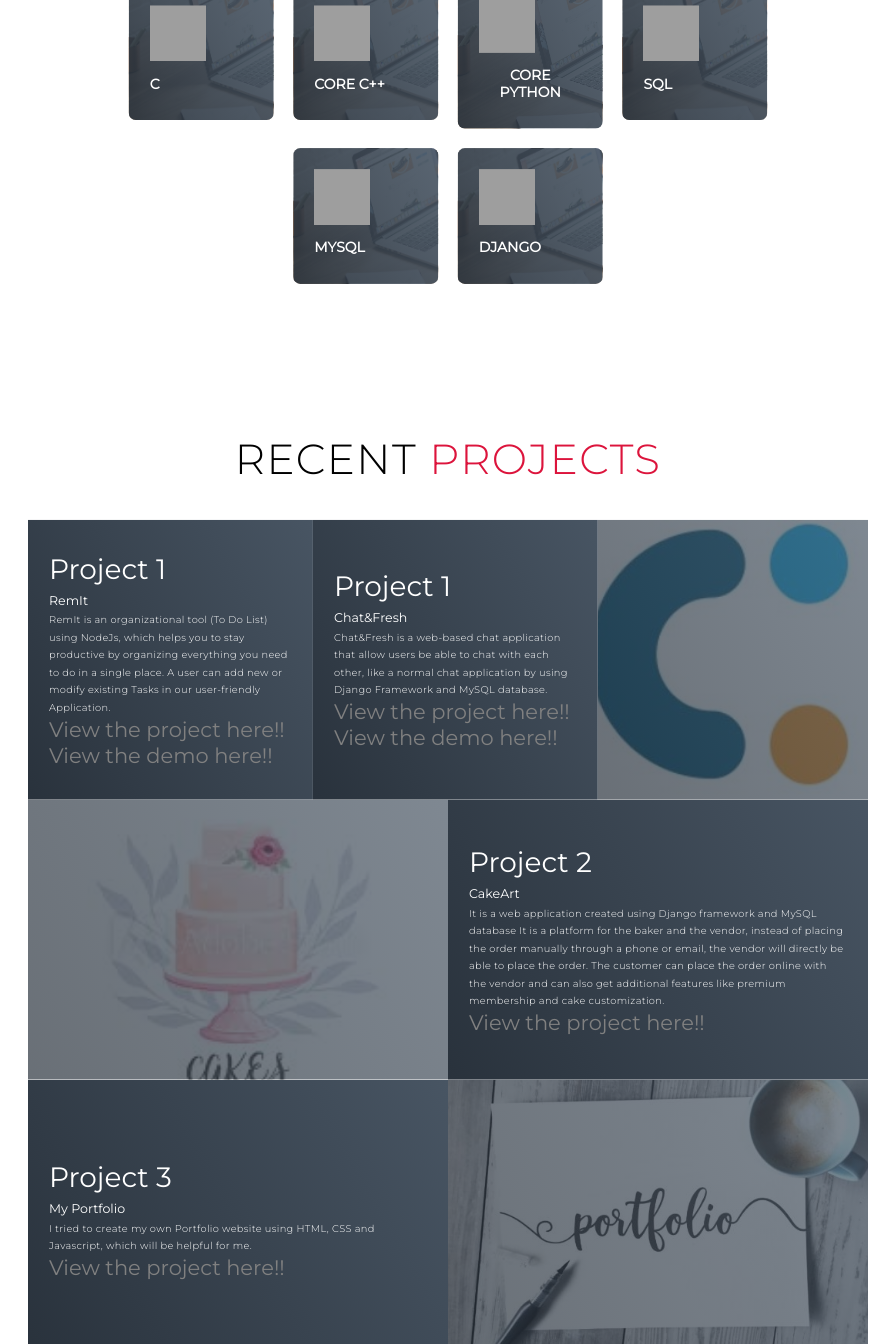
Repository: sanjana-poptani/sanjana-poptani.github.io
Page: index.html
An editor plug-in stored every save of this project. The page is shown before and after the next save, followed by the edit.
The browser window is 1280 px wide. The pictures show the part of the page from y = 1002 to 2922 px (the page is 4684 px tall), at 70% of full size.
Pictures or frames that could not be fetched are drawn as grey boxes.

Above is the page before, as saved 2021-12-28 00:32:52.

After the next save:
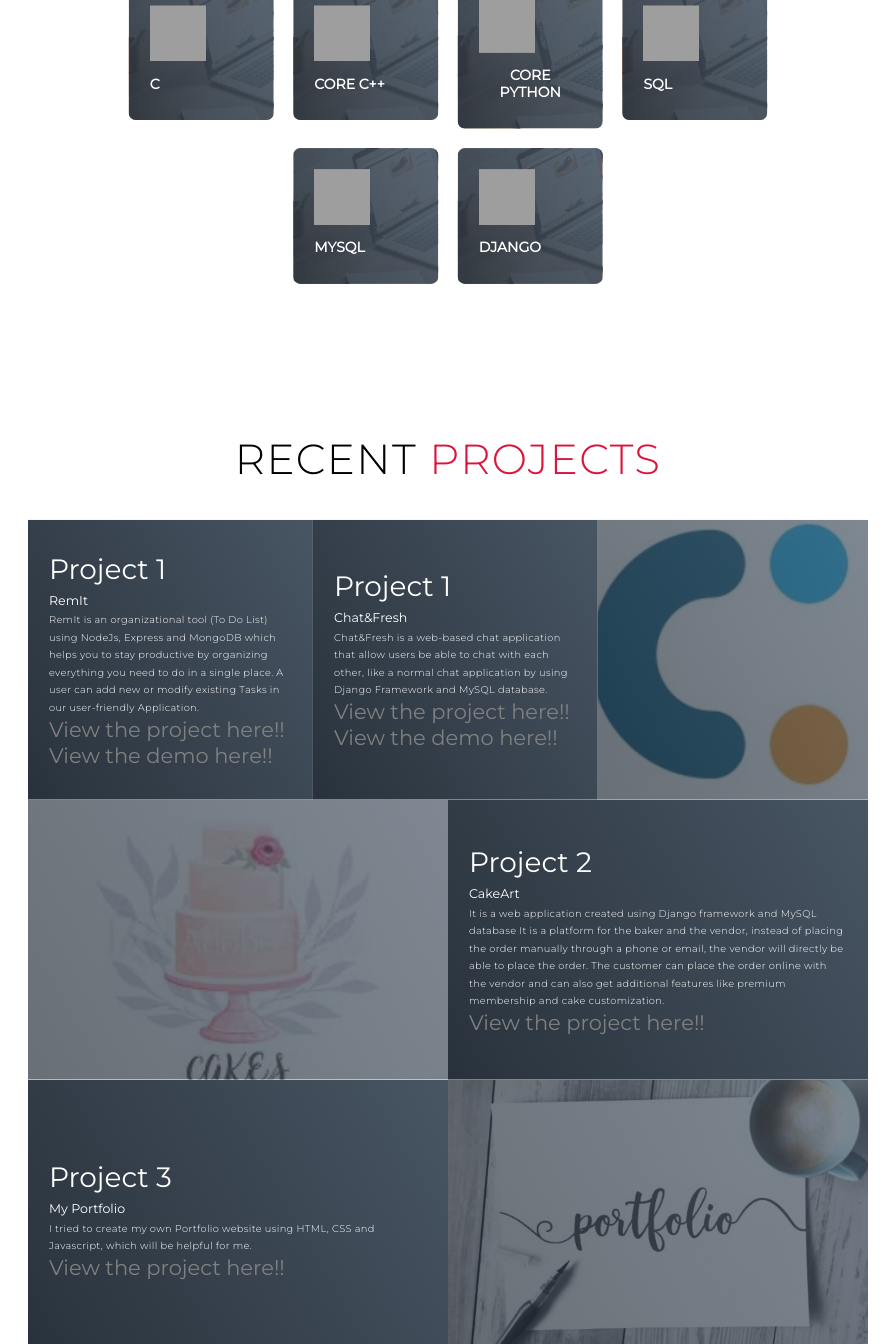
Saved 5 s later.
--- a/index.html
+++ b/index.html
@@ -95,7 +95,7 @@
           <div class="project-info">
             <h1>Project 1</h1>
             <h2>RemIt</h2>
-            <p>RemIt is an organizational tool (To Do List) using NodeJs,  which helps you to stay productive
+            <p>RemIt is an organizational tool (To Do List) using NodeJs, Express and MongoDB which helps you to stay productive
               by organizing everything you need to do in a single place. A user can add new
               or modify existing Tasks in our user-friendly Application.</p>
                 <a href="https://github.com/sanjana-poptani/Chat-and-Fresh" style="text-decoration: none;font-size: 30px;color: gray;" target="blank"> View the project here!!</a>
